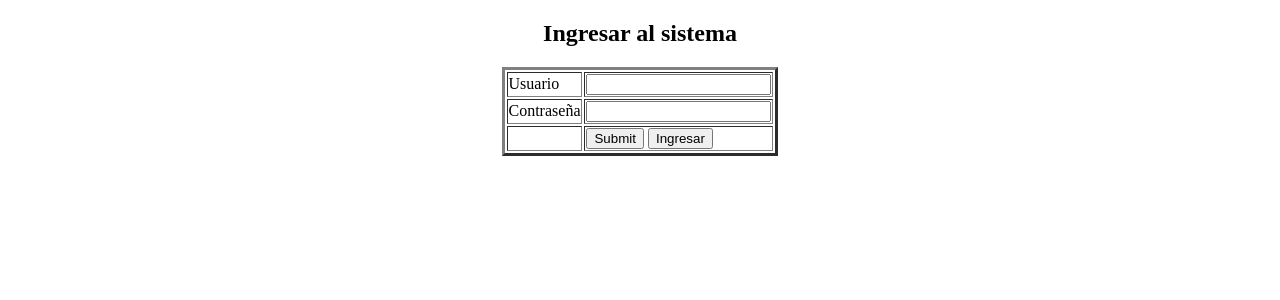
Repository: NayshaOCruz98/CL2ORTIZ
Page: http://localhost/LPII_CL2_ORTIZCRUZNAYSHA/
These files come from the project's save history. The page is drawn as it stood at one moment and after the next save; the edit follows.
The browser window is 1280 px wide. The pictures show the whole page.
The page is served by Tomcat 9. Other server files are loaded and not shown.

Above is the page before, as saved 2023-10-24 19:29:53.

### LPII_CL2_ORTIZCRUZNAYSHA/src/main/webapp/index.jsp
<%@ page language="java" contentType="text/html; charset=ISO-8859-1"
    pageEncoding="ISO-8859-1"%>

<!DOCTYPE html>
<html>
<head>
<meta http-equiv="Content-Type" content="text/html; charset=ISO-8859-1">
<title>Ventana Usuario</title>
</head>
<body>
<h2 align="center">Ingresar al sistema</h2>

<form action="ControladorServlet" method="post">

<table align="center" border="3">
<tr>
<td>Usuario</td>
<td><input type="text" name="usuario"></td>
</tr>
<tr>
<td>Contraseña</td>
<td><input type="text" name="usuario"></td>
</tr>
<tr>
<td colspan="1"></td>
<td><input type="submit" name="Registra usuario">
<a href="ControladorServletprod"> <button>Ingresar</button></a></td>
</tr>

</table>
</form>



</form>
</body>
</html>

After the next save:
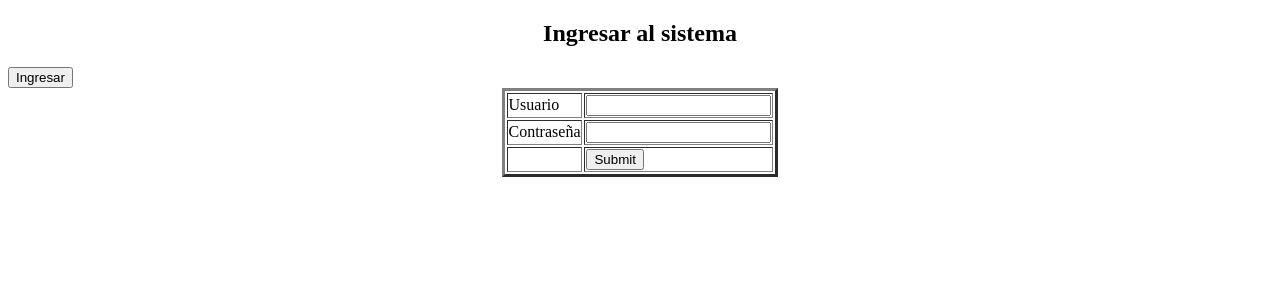
Saved 53 s later.
--- a/LPII_CL2_ORTIZCRUZNAYSHA/src/main/webapp/index.jsp
+++ b/LPII_CL2_ORTIZCRUZNAYSHA/src/main/webapp/index.jsp
@@ -24,8 +24,9 @@
 <tr>
 <td colspan="1"></td>
 <td><input type="submit" name="Registra usuario">
+</tr>
 <a href="ControladorServletprod"> <button>Ingresar</button></a></td>
-</tr>
+
 
 </table>
 </form>
